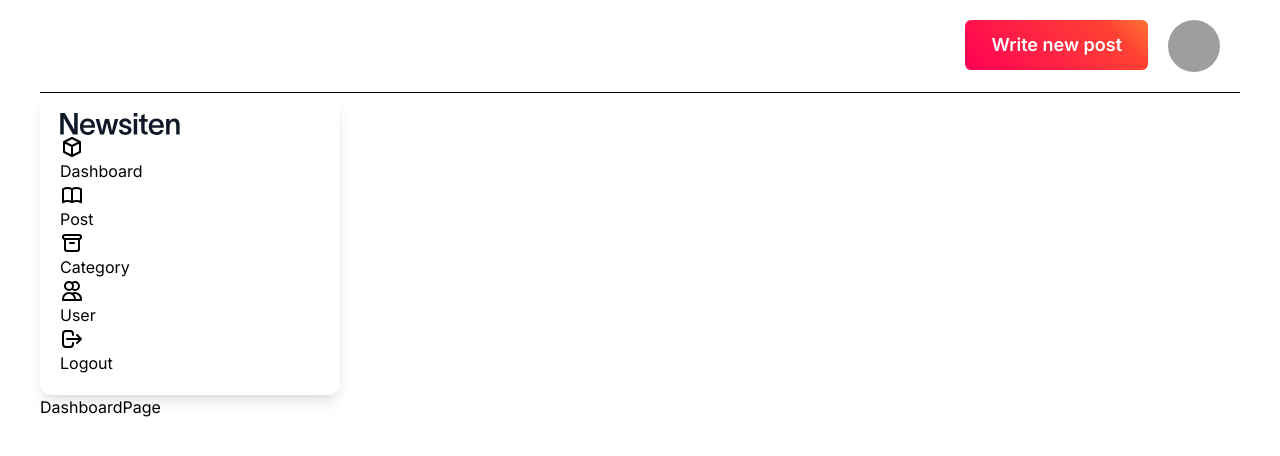
Repository: BrianPhamDev/Blog-App
Page: /dashboard
The author's editor kept a copy of each file at every save. The page is drawn from the files as they stood at one save, then again after the next save.
The browser window is 1280 px wide. The pictures show the whole page.
Pictures or frames that could not be fetched are drawn as grey boxes. The project was rebuilt for these pictures with package versions that can differ from the ones it lists, and the page was loaded fresh each time. Also part of the build but not shown: src/pages/signUpPage/signUpPage.scss, src/components/label/label.scss, src/components/label/Label.js, src/components/input/input.scss, src/components/input/Input.js, src/components/input/InputPasswordToggle.js, src/components/input/index.js, src/pages/authenticationPage/authenticationPage.scss and 23 more. Imported but missing from the stored project, and not drawn on this page: src/components/icons.

Above is the page before, as saved 2023-08-02 20:42:47.

### public/index.html
<!DOCTYPE html>
<html lang="en">
  <head>
    <meta charset="utf-8" />

    <meta name="viewport" content="width=device-width, initial-scale=1" />

    <title>React App</title>
  </head>
  <body>
    <div id="root"></div>
  </body>
</html>

### src/index.js
import React from "react";
import "./styles/index.scss";
import App from "./App";
import reportWebVitals from "./reportWebVitals";
import { BrowserRouter } from "react-router-dom";
import { createRoot } from "react-dom/client";
import { ToastContainer } from "react-toastify";
import "react-toastify/dist/ReactToastify.css";

const container = document.getElementById("root");
const root = createRoot(container);

root.render(
  <React.StrictMode>
    <BrowserRouter>
      <App />
      <ToastContainer></ToastContainer>
    </BrowserRouter>
  </React.StrictMode>
);

reportWebVitals();

### src/styles/index.scss
@tailwind base;
@tailwind components;
@tailwind utilities;

@import "reset";
@import url("https://fonts.googleapis.com/css2?family=Inter:wght@100;200;300;400;500;600;700;800;900&display=swap");

@layer base {
  :root {
    --primary: #ff0055;
    --primary-active: #e5004c;
    --primary-grad2: #ff4133;
    --grad2-active: #e53a2e;
    --primary-grad3: #ff7633;
    --grad3-active: #e56a2e;
    --primary-d: #ff1a66;
    --primary-grad2-d: #ff5448;
    --primary-grad3-d: #ff8448;
    --danger: #f00;
    --danger-active: #e50000;
    --border-inactive: #ccc;
    --background-active: #000000;
    --background-inactive: #e7ecf3d6;
    --inactive: rgb(54, 54, 54);
    --text-meta: #91a8b0;
    --gray-300: rgb(237, 243, 245);
  }

  html {
    font-family: "Inter", system-ui, sans-serif;
  }
}

@layer utilities {
  .container {
    width: 100%;
    max-width: 1600px;
    margin: 0 auto;
    padding: 0 40px;
  }

  .background-gradient {
    background-image: linear-gradient(
      45deg,
      var(--primary) 0%,
      var(--primary-grad2) 80%,
      var(--primary-grad3) 100%
    );
  }

  .text-gradient {
    background-image: linear-gradient(
      45deg,
      var(--primary) 0%,
      var(--primary-grad2) 80%,
      var(--primary-grad3) 100%
    );
    background-clip: text;
    color: transparent;
  }

  .heading-1 {
    color: #000000;
    font-size: 38px;
    font-weight: 900;
    line-height: 47px;
  }

  .heading-2 {
    font-size: 30px;
    font-weight: 800;
    line-height: 38px;
  }

  .heading-3 {
    font-weight: 600;
    line-height: 28.8px;
    font-size: 16px;
  }

  .heading-4 {
    font-style: 14px;
    line-height: 20px;
    font-weight: 500;
  }

  .bodycopy {
    font-size: 16px;
    line-height: 27.2px;
    font-weight: 400;
  }

  .meta {
    font-style: 12px;
    font-weight: 400;
    line-height: 17px;
  }

  .button-text {
    @apply underline;
    font-size: 14px;
    color: var(--inactive);
    font-weight: 400;
  }

  .input-icon {
    position: absolute;
    right: 20px;
    top: 50%;
    transform: translateY(-50%);
    cursor: pointer;
  }

  .smooth-transition {
    @apply transition-all ease-in-out duration-200;
  }
}

### src/App.js
import { Routes, Route } from "react-router-dom";
import { AuthProvider } from "./contexts/auth-context";
import SignUpPage from "./pages/signUpPage/SignUpPage";
import SignInPage from "./pages/signInPage/SignInPage";
import HomePage from "./pages/homePage/HomePage";
import NotFoundPage from "./pages/notFoundPage/NotFoundPage";
import PostDetailsPage from "./module/Post/PostDetails/PostDetailsPage";
import DashboardPage from "./pages/dashboardPage.js/DashboardPage";
import DashboardLayout from "./module/dashboard/DashboardLayout";

function App() {
  return (
    <div>
      <AuthProvider>
        <Routes>
          <Route path="/" element={<HomePage />}></Route>
          <Route path="/sign-up" element={<SignUpPage />}></Route>
          <Route path="/sign-in" element={<SignInPage />}></Route>

          <Route path="*" element={<NotFoundPage />}></Route>
          <Route path="/:slug" element={<PostDetailsPage />}></Route>
          <Route element={<DashboardLayout />}>
            <Route path="/dashboard" element={<DashboardPage />}></Route>
          </Route>
        </Routes>
      </AuthProvider>
    </div>
  );
}

export default App;

### src/styles/_reset.scss
*,
*::before,
*::after {
  box-sizing: border-box;
}
* {
  margin: 0;
  padding: 0;
}

html,
body {
  height: 100%;
}
body {
  line-height: 1.5;
  -webkit-font-smoothing: antialiased;
  -webkit-tap-highlight-color: rgba(0, 0, 0, 0);
}

img,
picture,
video,
canvas,
svg {
  display: block;
  max-width: 100%;
}
input,
button,
textarea,
select {
  font: inherit;
  outline: none;
  border: none;
}
p,
h1,
h2,
h3,
h4,
h5,
h6 {
  overflow-wrap: break-word;
}

### src/contexts/auth-context.js
import { onAuthStateChanged } from "firebase/auth";
import { useEffect, useState } from "react";
import { auth } from "../firebase/firebase-config";

const { createContext, useContext } = require("react");

const AuthContext = createContext();

function AuthProvider(props) {
  const [userInfo, setUserInfo] = useState("");
  const value = { userInfo, setUserInfo };
  useEffect(() => {
    onAuthStateChanged(auth, (user) => {
      setUserInfo(user);
    });
  }, []);
  return <AuthContext.Provider value={value} {...props}></AuthContext.Provider>;
}

function useAuth() {
  const context = useContext(AuthContext);
  if (typeof context === "undefined")
    throw new Error("useAuth must be used within AuthProvider");
  return context;
}

export { AuthProvider, useAuth };

### src/module/dashboard/DashboardLayout.js
import React from "react";
import DashboardHeader from "./DashboardHeader";
import Sidebar from "./Sidebar";
import { Outlet } from "react-router-dom";
const DashboardLayout = ({ children }) => {
  return (
    <div className="container">
      <DashboardHeader></DashboardHeader>
      <div className="dashboard-main">
        <Sidebar>Sidebar</Sidebar>
        <div className="dashboard-children">
          <Outlet></Outlet>
        </div>
      </div>
    </div>
  );
};

export default DashboardLayout;

### src/firebase/firebase-config.js
// Import the functions you need from the SDKs you need
import { initializeApp } from "firebase/app";
import { getFirestore } from "firebase/firestore";
import { getAuth } from "firebase/auth";
// TODO: Add SDKs for Firebase products that you want to use
// https://firebase.google.com/docs/web/setup#available-libraries

// Your web app's Firebase configuration
const firebaseConfig = {
  apiKey: "AIzaSyBvYgsZz9zgVLPl1CRt32h11zSY1hwyQnQ",
  authDomain: "blogging-dc5e9.firebaseapp.com",
  projectId: "blogging-dc5e9",
  storageBucket: "blogging-dc5e9.appspot.com",
  messagingSenderId: "470546749308",
  appId: "1:470546749308:web:b657e2250e78464d5c36f9",
};

// Initialize Firebase
const app = initializeApp(firebaseConfig);

// Initialize Cloud Firestore and get a reference to the service
export const db = getFirestore(app);

// Initialize Firebase Authentication and get a reference to the service
export const auth = getAuth(app);

### src/module/dashboard/DashboardHeader.js
import { Button } from "../../components/button";
import React from "react";

const DashboardHeader = () => {
  return (
    <div className="dashboard-header-wrapper bg-white p-5 border-b border-b-black flex gap-5 justify-end">
      <Button to="/dashboard" className="dashboard-header-button">
        Write new post
      </Button>
      <div className="dashboard-header-avatar h-[52px] w-[52px]">
        <img
          src="https://images.unsplash.com/photo-1568602471122-7832951cc4c5?ixlib=rb-1.2.1&ixid=MnwxMjA3fDB8MHxwaG90by1wYWdlfHx8fGVufDB8fHx8&auto=format&fit=crop&w=3270&q=80"
          alt="guys-smilling"
          className="w-full h-full object-cover rounded-full"
        />
      </div>
    </div>
  );
};

export default DashboardHeader;

### src/module/dashboard/Sidebar.js
import React from "react";
import { NavLink } from "react-router-dom";

const sidebarLinks = [
  {
    title: "Dashboard",
    url: "/dashboard",
    icon: (
      <svg
        xmlns="http://www.w3.org/2000/svg"
        class="h-6 w-6"
        fill="none"
        viewBox="0 0 24 24"
        stroke="currentColor"
        strokeWidth="2"
      >
        <path
          strokeLinecap="round"
          strokeLinejoin="round"
          d="M20 7l-8-4-8 4m16 0l-8 4m8-4v10l-8 4m0-10L4 7m8 4v10M4 7v10l8 4"
        />
      </svg>
    ),
  },
  {
    title: "Post",
    url: "/manage/post",
    icon: (
      <svg
        xmlns="http://www.w3.org/2000/svg"
        class="h-6 w-6"
        fill="none"
        viewBox="0 0 24 24"
        stroke="currentColor"
        strokeWidth="2"
      >
        <path
          strokeLinecap="round"
          strokeLinejoin="round"
          d="M12 6.253v13m0-13C10.832 5.477 9.246 5 7.5 5S4.168 5.477 3 6.253v13C4.168 18.477 5.754 18 7.5 18s3.332.477 4.5 1.253m0-13C13.168 5.477 14.754 5 16.5 5c1.747 0 3.332.477 4.5 1.253v13C19.832 18.477 18.247 18 16.5 18c-1.746 0-3.332.477-4.5 1.253"
        />
      </svg>
    ),
  },
  {
    title: "Category",
    url: "/manage/category",
    icon: (
      <svg
        xmlns="http://www.w3.org/2000/svg"
        class="h-6 w-6"
        fill="none"
        viewBox="0 0 24 24"
        stroke="currentColor"
        strokeWidth="2"
      >
        <path
          strokeLinecap="round"
          strokeLinejoin="round"
          d="M5 8h14M5 8a2 2 0 110-4h14a2 2 0 110 4M5 8v10a2 2 0 002 2h10a2 2 0 002-2V8m-9 4h4"
        />
      </svg>
    ),
  },
  {
    title: "User",
    url: "/manage/user",
    icon: (
      <svg
        xmlns="http://www.w3.org/2000/svg"
        class="h-6 w-6"
        fill="none"
        viewBox="0 0 24 24"
        stroke="currentColor"
        strokeWidth="2"
      >
        <path
          strokeLinecap="round"
          strokeLinejoin="round"
          d="M12 4.354a4 4 0 110 5.292M15 21H3v-1a6 6 0 0112 0v1zm0 0h6v-1a6 6 0 00-9-5.197M13 7a4 4 0 11-8 0 4 4 0 018 0z"
        />
      </svg>
    ),
  },
  {
    title: "Logout",
    url: "/",
    icon: (
      <svg
        xmlns="http://www.w3.org/2000/svg"
        class="h-6 w-6"
        fill="none"
        viewBox="0 0 24 24"
        stroke="currentColor"
        strokeWidth="2"
      >
        <path
          strokeLinecap="round"
          strokeLinejoin="round"
          d="M17 16l4-4m0 0l-4-4m4 4H7m6 4v1a3 3 0 01-3 3H6a3 3 0 01-3-3V7a3 3 0 013-3h4a3 3 0 013 3v1"
        />
      </svg>
    ),
    onClick: () => {},
  },
];

const Sidebar = ({ children }) => {
  return (
    <div className="sidebar-wrapper max-w-[300px] bg-white shadow-lg rounded-xl p-5">
      <div className="sidebar-logo">
        <img src="./Logo.svg" alt="Newsiten" className="max-w-[120px]" />
      </div>
      {sidebarLinks.map((item) => (
        <NavLink key={item.url} to={item.url} className="sidebar-menu">
          <div className="menu-icon">{item.icon}</div>
          <div className="menu-title0.">{item.title}</div>
        </NavLink>
      ))}
    </div>
  );
};

export default Sidebar;

### src/components/button/Button.js
import React from "react";
import "./button.scss";
import Spinner from "../spinner/Spinner";
import PropTypes from "prop-types";
import { NavLink } from "react-router-dom";

/**
 * @param {*} onClick Handler onClick
 *@requires
 * @param {string} type Type of button 'button' | 'submit'
 * @returns
 */

const Button = ({
  type = "button",
  onClick = () => {},
  className,
  children,
  isLoading,
  to,
  ...props
}) => {
  const child = !!isLoading ? <Spinner></Spinner> : children;
  if (to !== "" && typeof to === "string")
    return (
      <NavLink to={to} {...props}>
        <button className="w-fit px-[26px] whitespace-nowrap text-white rounded-md font-semibold cursor-pointer text-lg h-[50px] flex items-center justify-center background-gradient">
          {children}
        </button>
      </NavLink>
    );

  return (
    <button type={type} className={`button ${className}`} {...props}>
      {child}
    </button>
  );
};

Button.propTypes = {
  type: PropTypes.oneOf(["button", "submit"]).isRequired,
  isLoading: PropTypes.bool,
  onClick: PropTypes.func,
};

export default Button;

### tailwind.config.js
/** @type {import('tailwindcss').Config} */
module.exports = {
  content: ["./src/**/*.{js,jsx,ts,tsx}"],
  theme: {
    extend: {
      colors: {
        borderInactive: "var(--border-inactive)",
        inactive: "var(--inactive)",
        backgroundInactive: "var(--background-inactive)",
      },
      fontFamily: {},
    },
  },
  plugins: [],
};

Loaded but not shown: src/reportWebVitals.js (common file); src/pages/dashboardPage.js/DashboardPage.js (common file); src/components/button/index.js (common file); src/pages/signInPage/signInPage.scss (no stored copy; drawn as an empty file)

After the next save:
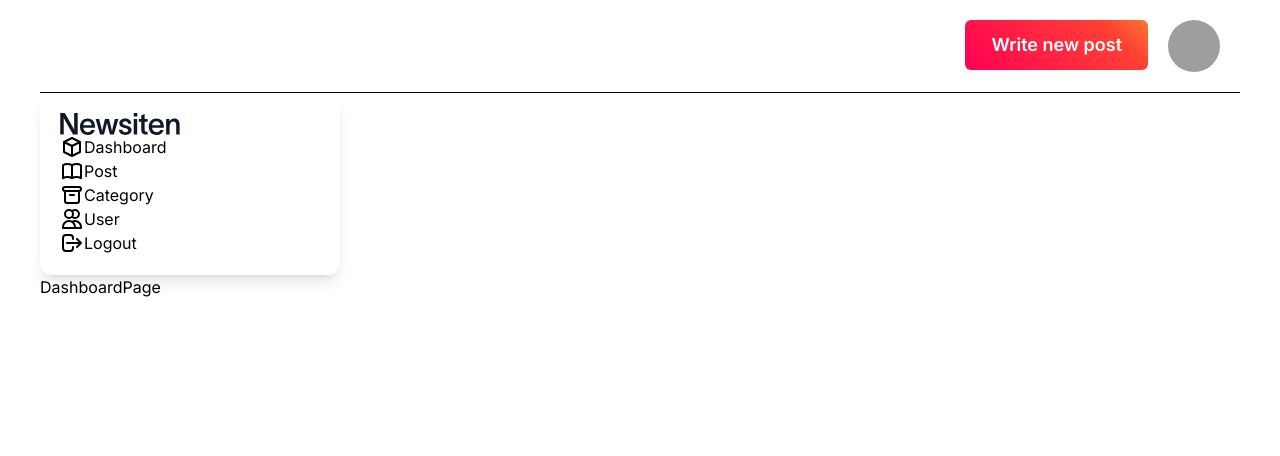
Saved 93 s later.
--- a/src/module/dashboard/Sidebar.js
+++ b/src/module/dashboard/Sidebar.js
@@ -112,7 +112,7 @@
         <img src="./Logo.svg" alt="Newsiten" className="max-w-[120px]" />
       </div>
       {sidebarLinks.map((item) => (
-        <NavLink key={item.url} to={item.url} className="sidebar-menu">
+        <NavLink key={item.url} to={item.url} className="menu-item flex">
           <div className="menu-icon">{item.icon}</div>
           <div className="menu-title0.">{item.title}</div>
         </NavLink>

After the save that followed:
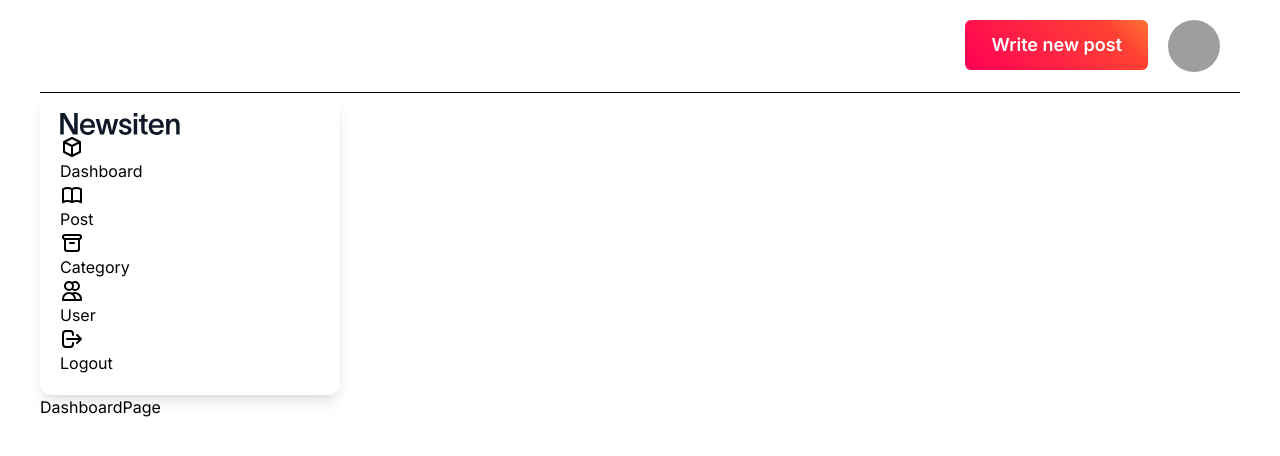
Saved 4 s later.
--- a/src/module/dashboard/Sidebar.js
+++ b/src/module/dashboard/Sidebar.js
@@ -112,7 +112,7 @@
         <img src="./Logo.svg" alt="Newsiten" className="max-w-[120px]" />
       </div>
       {sidebarLinks.map((item) => (
-        <NavLink key={item.url} to={item.url} className="menu-item flex">
+        <NavLink key={item.url} to={item.url} className="menu-item ">
           <div className="menu-icon">{item.icon}</div>
           <div className="menu-title0.">{item.title}</div>
         </NavLink>
